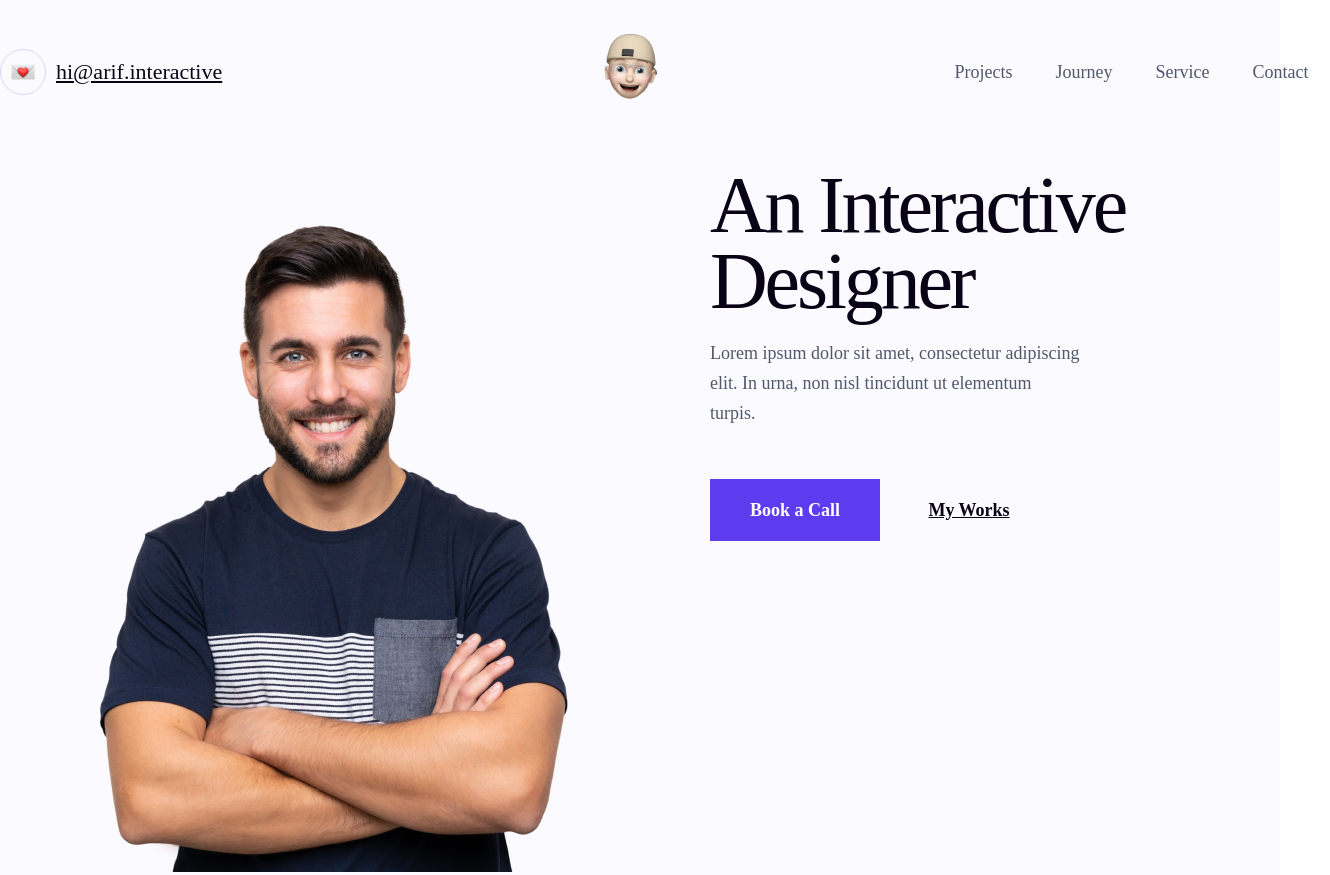
Repository: trantangtuan/project-06-grid-system12column-demo
Page: index.html
These files come from the project's save history. The page is drawn as it stood at one moment and after the next save; the edit follows.
The browser window is 1280 px wide. The page is 1330 px wide, so the pictures cover 1330 px, including what lies to the right of the window. The pictures show the whole page.

Above is the page before, as saved 2024-07-12 21:29:03.

After the next save:
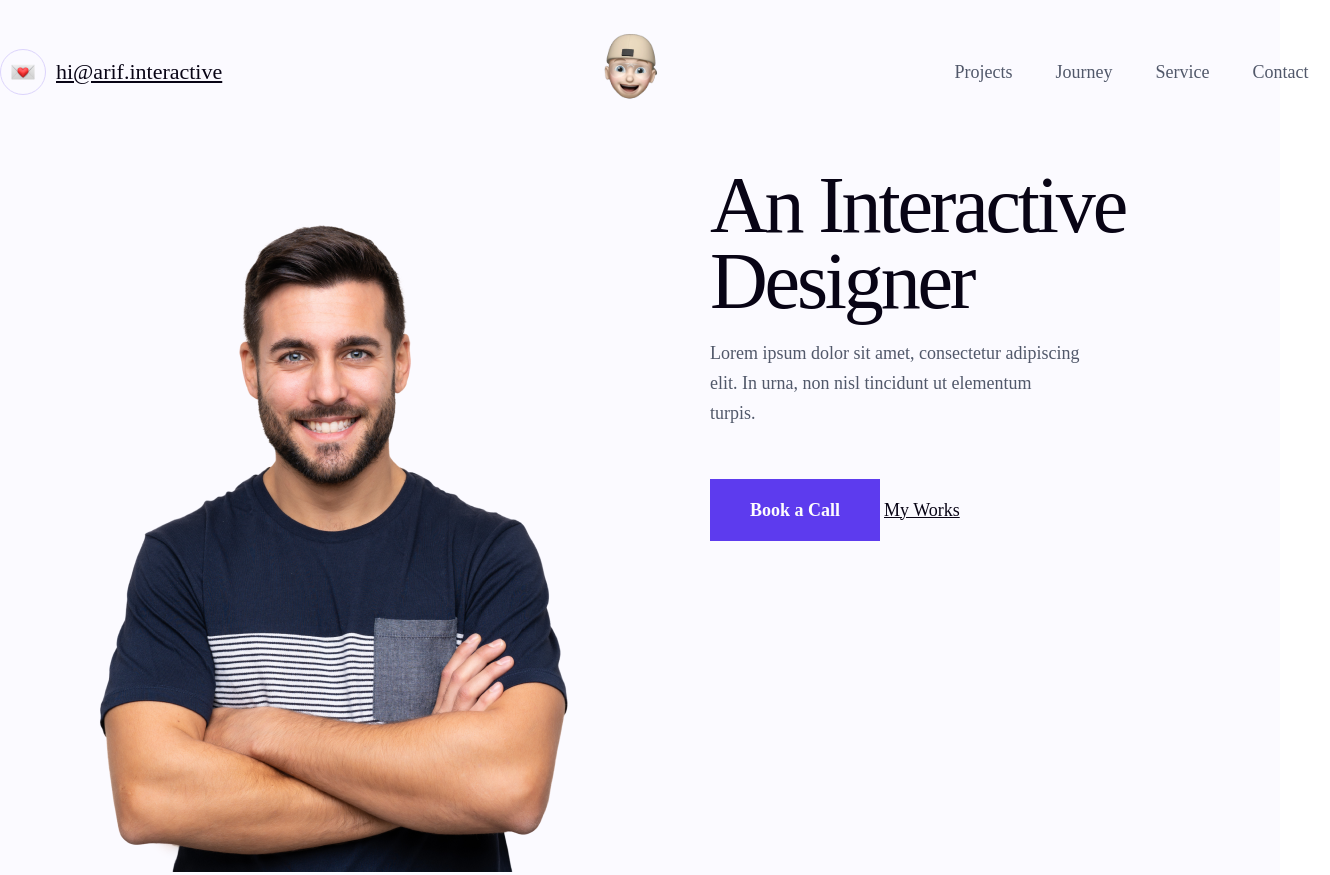
Saved 26 s later.
--- a/index.html
+++ b/index.html
@@ -74,7 +74,7 @@
                 </p>
                 <div class="hero__cta">
                   <a href="#!" class="btn btn__book-call">Book a Call</a>
-                  <a href="#!" class="btn btn__my-detail">My Works</a>
+                  <a href="#!" class="btn__my-detail">My Works</a>
                 </div>
               </div>
             </div>
